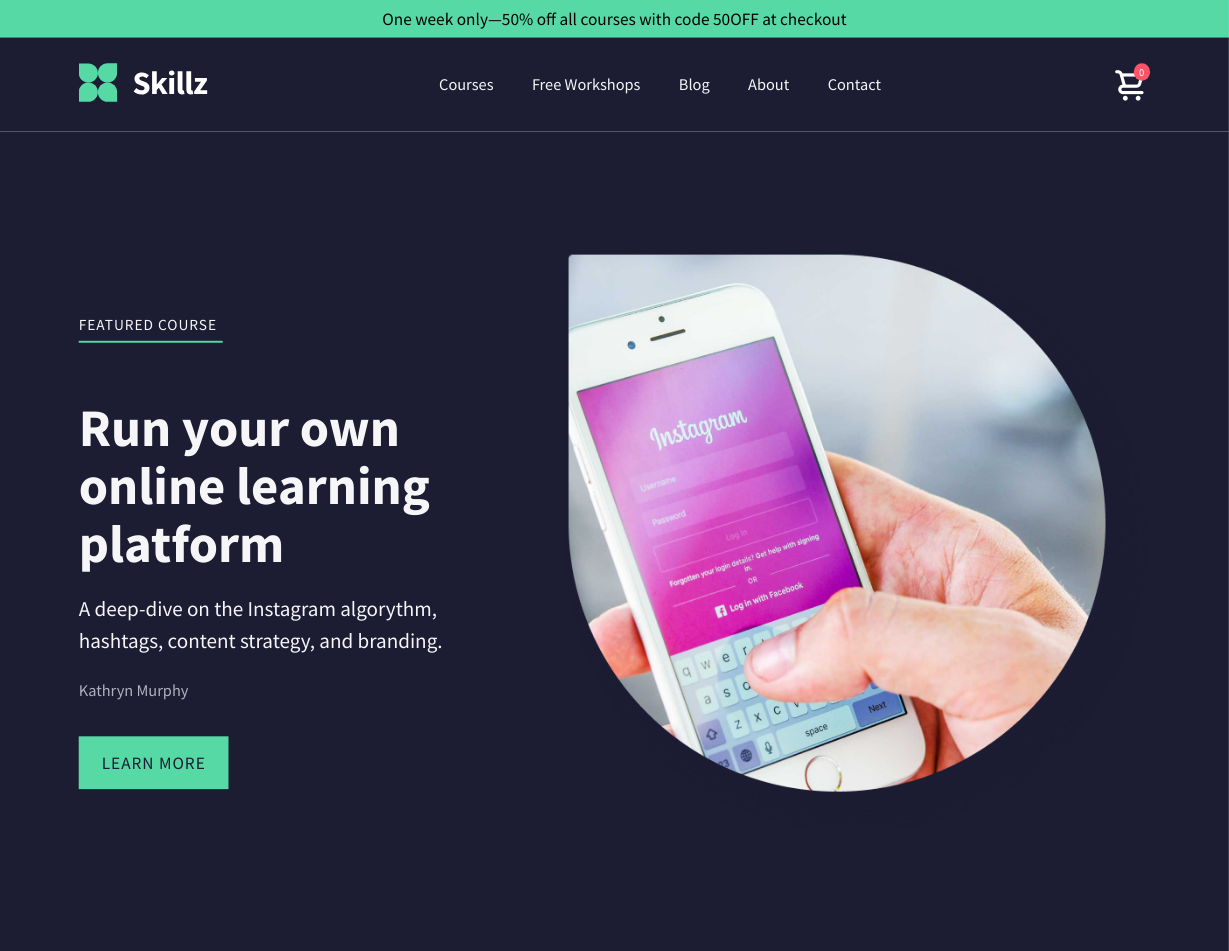
Repository: saidabbasun/skillz
Page: /
The author's editor kept a copy of each file at every save. The page is drawn from the files as they stood at one save, then again after the next save.
The browser window is 1280 px wide. The pictures show the whole page, at 96% of full size.
The project was rebuilt for these pictures with package versions that can differ from the ones it lists, and the page was loaded fresh each time.

Above is the page before, as saved 2022-06-13 04:25:40.

After the next save:
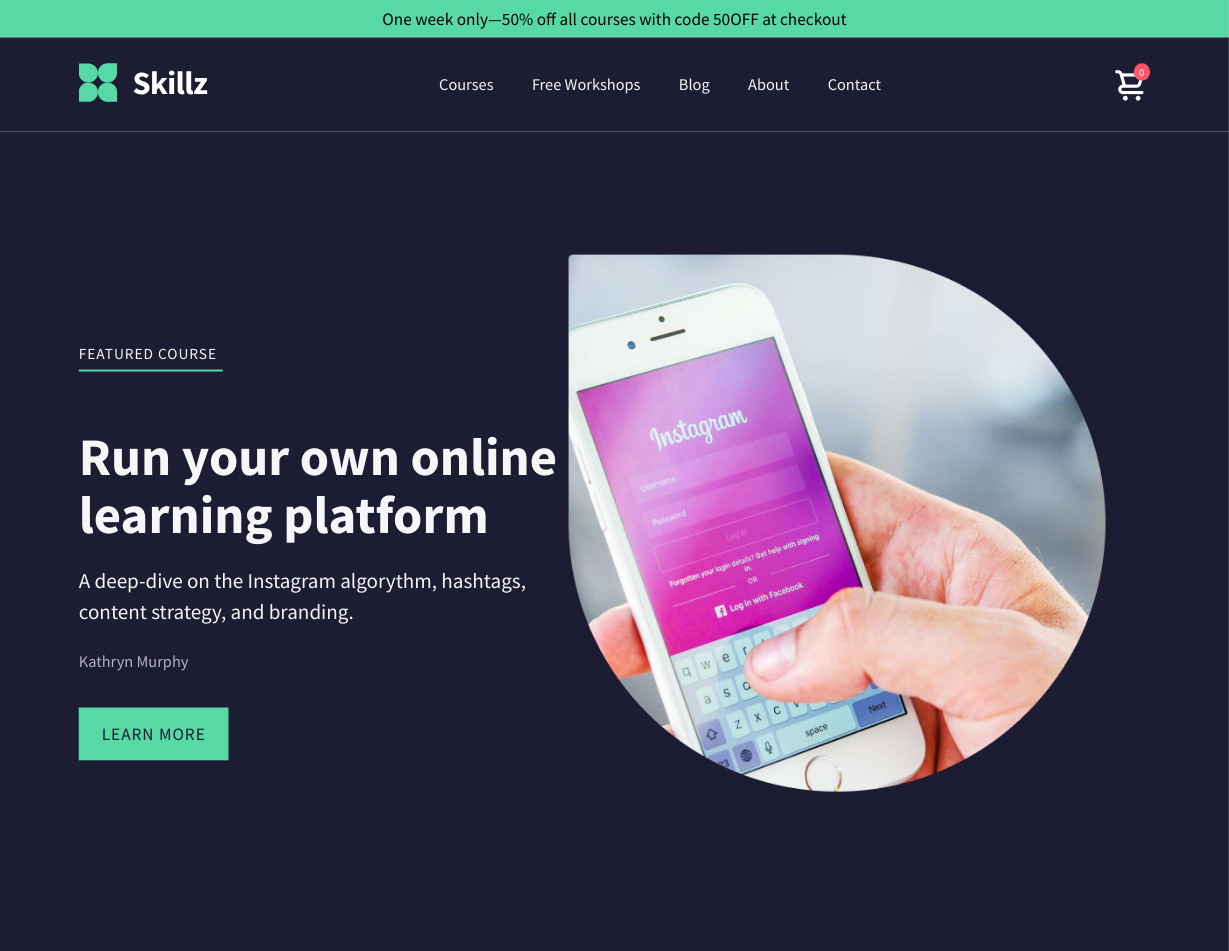
Saved 11 s later.
--- a/src/styles/Home.scss
+++ b/src/styles/Home.scss
@@ -8,7 +8,7 @@
 }
 .col5{
     width: 50%;
-   padding-right: 50px;
+
     color: $text_footer;
 }
 .Course{
